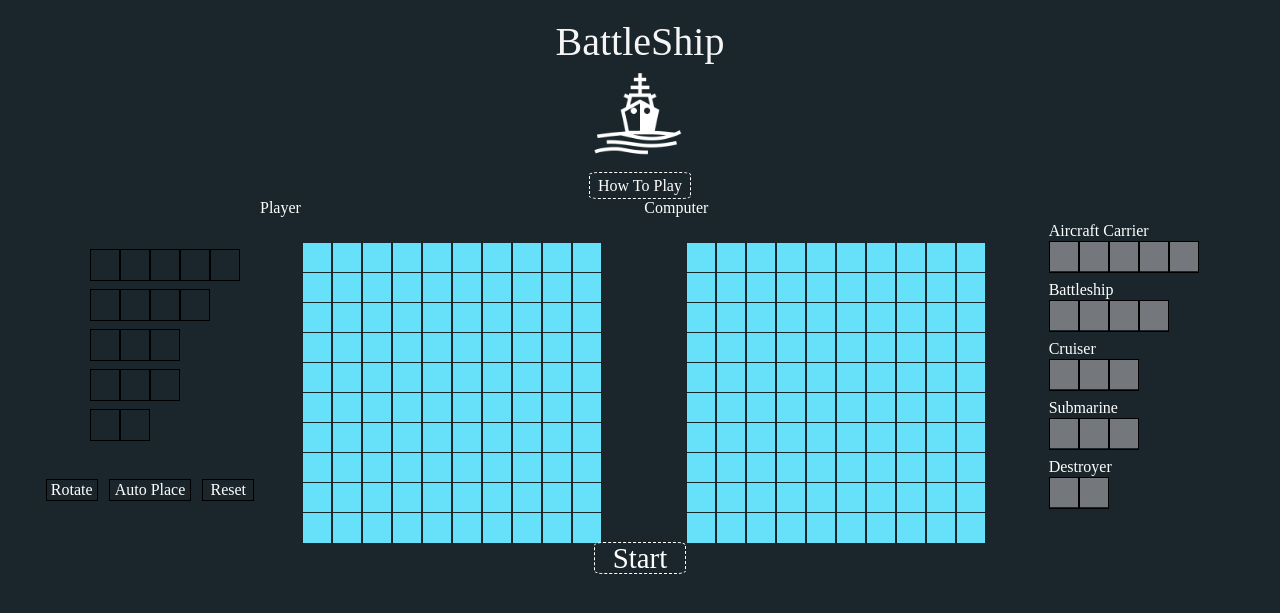
Repository: J-Haze/BattleshipApp
Page: /
An editor plug-in stored every save of this project. The page is shown before and after the next save, followed by the edit.
The browser window is 1280 px wide. The pictures show the whole page.
The project was rebuilt for these pictures with package versions that can differ from the ones it lists, and the page was loaded fresh each time. Also part of the build but not shown: src/index.css, src/Components/ModalEnd.js, src/Components/ModalHowTo.js.

Above is the page before, as saved 2020-09-26 22:53:52.

After the next save:
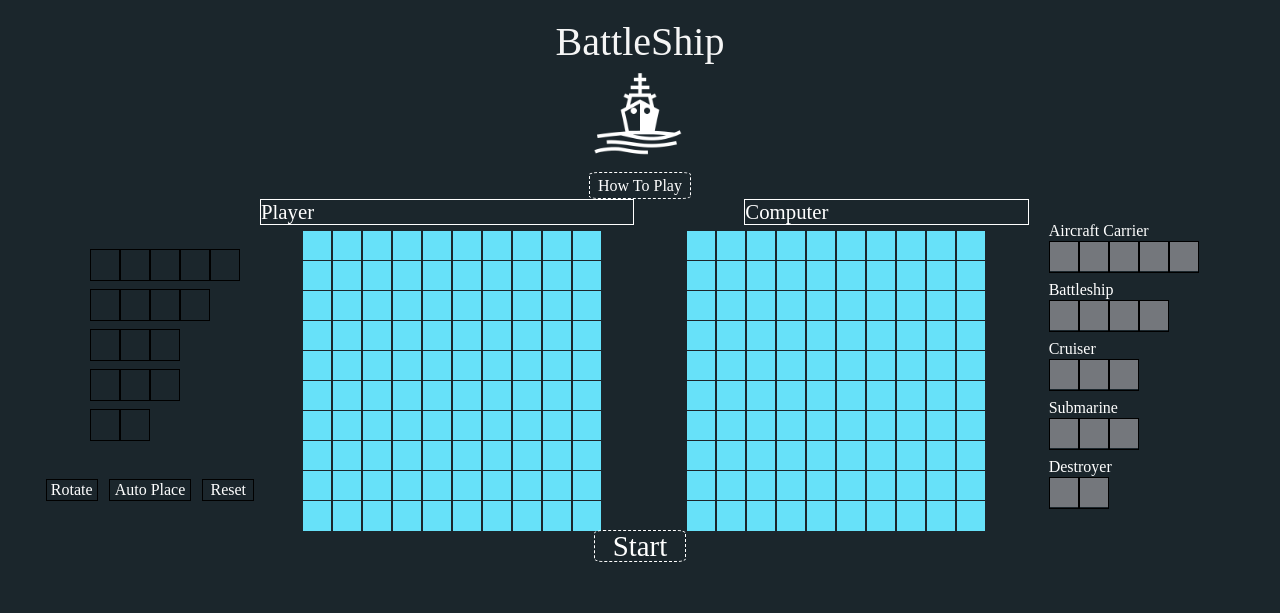
Saved 7 s later.
--- a/src/App.css
+++ b/src/App.css
@@ -466,10 +466,20 @@ header {
 
 #player-title{
     margin-left: auto;
-    margin-right: 0px;
-}
-
+    margin-right: 10px;
+}
+
+#header-row{
+    border: 1px solid;
+}
 #computer-title{
-    margin-left: 0px;
-    margin-right: auto;
-}
+    margin-left: 100px;
+    margin-right: auto;
+    border: 1px solid;
+}
+
+.title{
+    font-size: 1.3em;
+    margin-bottom: -20px;
+    border: 1px solid;
+}
